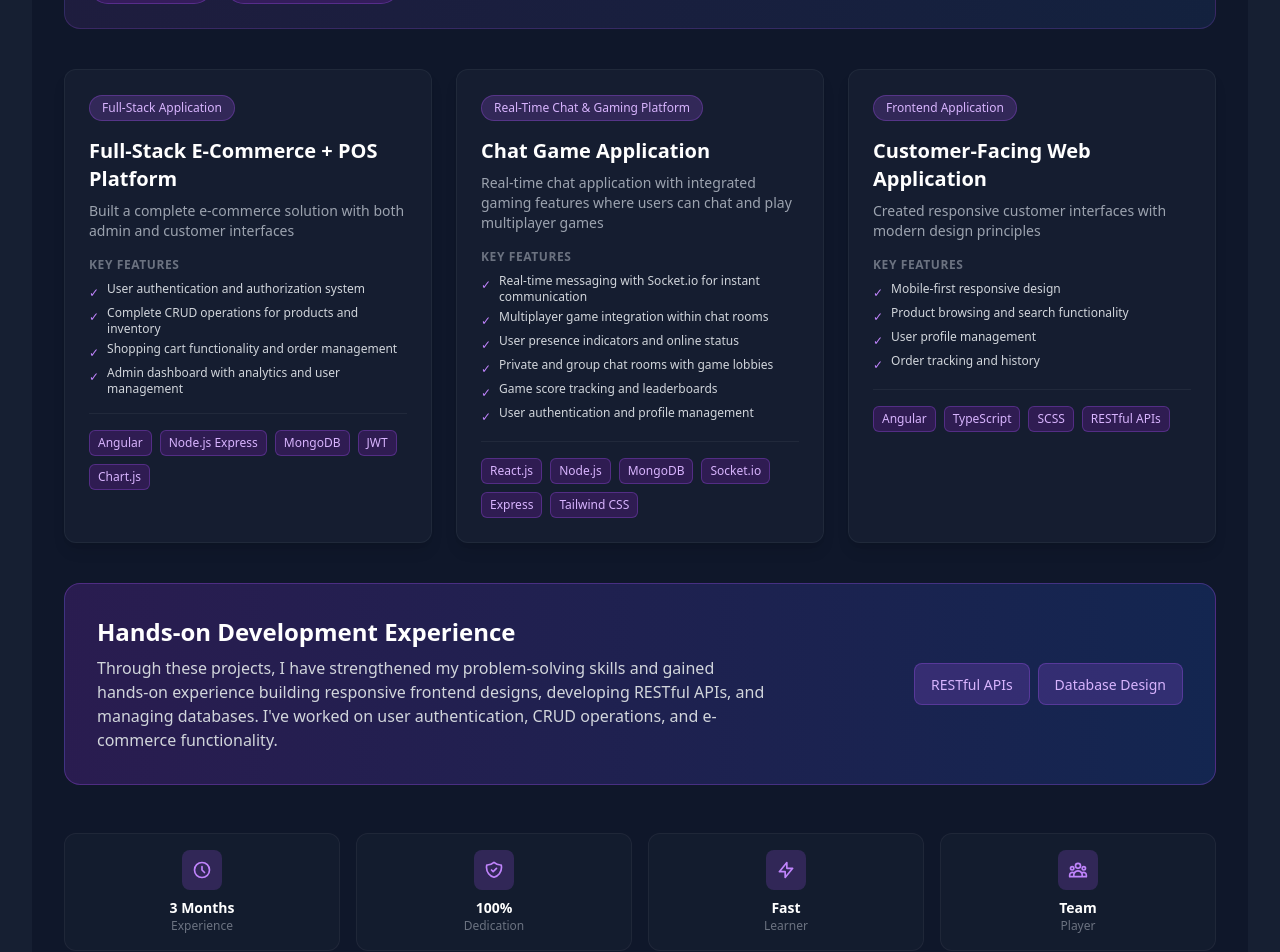
Repository: Kimrith/my-cv
Page: /
The author's editor kept a copy of each file at every save. The page is drawn from the files as they stood at one save, then again after the next save.
The browser window is 1280 px wide. The pictures show the part of the page from y = 3341 to 4293 px (the page is 4356 px tall).
Some web libraries are served in a nearby version. The project was rebuilt for these pictures with package versions that can differ from the ones it lists, and the page was loaded fresh each time. Also part of the build but not shown: vite.config.js, src/Layout/footer.jsx.

Above is the page before, as saved 2026-03-09 22:23:02.

### index.html
<!doctype html>
<html lang="en">
  <head>
    <meta charset="UTF-8" />
    <link rel="icon" type="image/svg+xml" href="/vite.svg" />
    <meta name="viewport" content="width=device-width, initial-scale=1.0" />
    <title>cv</title>
    <script src="https://cdn.tailwindcss.com"></script>
    <link rel="preconnect" href="https://fonts.googleapis.com" />
    <link rel="preconnect" href="https://fonts.gstatic.com" crossorigin />
    <link
      href="https://fonts.googleapis.com/css2?family=Poppins:wght@400;600;700&display=swap"
      rel="stylesheet"
    />
  </head>
  <body>
    <div id="root"></div>
    <script type="module" src="/src/main.jsx"></script>
  </body>
</html>

### src/main.jsx
import { StrictMode } from "react";
import { createRoot } from "react-dom/client";
import "./index.css";
import App from "./App.jsx";
import { BrowserRouter } from "react-router-dom";

createRoot(document.getElementById("root")).render(
  <StrictMode>
    <BrowserRouter>
      <App />
    </BrowserRouter>{" "}
  </StrictMode>,
);

### src/App.jsx
import React from "react";
import { Routes, Route } from "react-router-dom";
import Layout from "./Layout/layout";
import Home from "./Navigation/home";

export default function App() {
  return (
    <Routes>
      <Route path="/" element={<Layout />}></Route>
    </Routes>
  );
}

### src/Layout/layout.jsx
import React from "react";
import Home from "./home";
import Footer from "./footer";
import { Outlet } from "react-router-dom";

export default function Layout() {
  return (
    <div>
      <Home />
      <Outlet />
    </div>
  );
}

### src/Navigation/exp.jsx
import React from "react";
import {
  Briefcase,
  Calendar,
  MapPin,
  Building,
  Code2,
  Database,
  Shield,
  Award,
  ChevronRight,
  GraduationCap,
  Github,
  ExternalLink,
} from "lucide-react";

export default function Experience() {
  const experiences = [
    {
      id: 1,
      title: "Frontend Developer",
      company: "Ministry of Interior",
      period: "3 Months",
      duration: "Internship",
      description: [
        "Developed and maintained responsive frontend interfaces for internal government systems",
        "Collaborated with the development team to implement UI/UX designs",
        "Optimized application performance and ensured cross-browser compatibility",
        "Participated in code reviews and agile development processes",
      ],
      technologies: ["Angular", "TypeScript", "Tailwind CSS"],
    },
  ];

  const projects = [
    {
      id: 1,
      title: "Full-Stack E-Commerce + POS Platform",
      description:
        "Built a complete e-commerce solution with both admin and customer interfaces",
      features: [
        "User authentication and authorization system",
        "Complete CRUD operations for products and inventory",
        "Shopping cart functionality and order management",
        "Admin dashboard with analytics and user management",
      ],
      technologies: [
        "Angular",
        "Node.js Express",
        "MongoDB",
        "JWT",
        "Chart.js",
      ],
      type: "Full-Stack Application",
    },
    {
      id: 2,
      title: "Chat Game Application",
      description:
        "Real-time chat application with integrated gaming features where users can chat and play multiplayer games",
      features: [
        "Real-time messaging with Socket.io for instant communication",
        "Multiplayer game integration within chat rooms",
        "User presence indicators and online status",
        "Private and group chat rooms with game lobbies",
        "Game score tracking and leaderboards",
        "User authentication and profile management",
      ],
      technologies: [
        "React.js",
        "Node.js",
        "MongoDB",
        "Socket.io",
        "Express",
        "Tailwind CSS",
      ],
      type: "Real-Time Chat & Gaming Platform",
    },
    {
      id: 3,
      title: "Customer-Facing Web Application",
      description:
        "Created responsive customer interfaces with modern design principles",
      features: [
        "Mobile-first responsive design",
        "Product browsing and search functionality",
        "User profile management",
        "Order tracking and history",
      ],
      technologies: ["Angular", "TypeScript", "SCSS", "RESTful APIs"],
      type: "Frontend Application",
    },
  ];

  const SkillPill = ({ skill, color = "purple" }) => (
    <span
      className={`px-3 py-1.5 bg-${color}-900/40 border border-${color}-500/30 rounded-lg text-sm text-${color}-300 hover:bg-${color}-500/20 hover:border-${color}-400 transition-colors cursor-default flex items-center gap-1.5`}
    >
      <span className={`w-1.5 h-1.5 rounded-full bg-${color}-400`}></span>
      {skill}
    </span>
  );

  const StatBox = ({ icon, label, desc, color = "purple" }) => (
    <div
      className={`bg-slate-800/30 border border-white/5 rounded-xl p-4 text-center hover:border-${color}-500/30 transition-colors`}
    >
      <div
        className={`w-10 h-10 mx-auto mb-2 rounded-lg bg-${color}-500/20 flex items-center justify-center`}
      >
        <svg
          className={`w-5 h-5 text-${color}-400`}
          fill="none"
          stroke="currentColor"
          viewBox="0 0 24 24"
        >
          <path
            strokeLinecap="round"
            strokeLinejoin="round"
            strokeWidth={2}
            d={icon}
          />
        </svg>
      </div>
      <p className="text-white font-semibold text-sm">{label}</p>
      <p className="text-gray-500 text-xs">{desc}</p>
    </div>
  );

  return (
    <div className="space-y-16 bg-slate-900 py-16 px-4 md:px-8">
      {/* Professional Experience Section */}
      <section className="relative">
        {/* Background pattern */}
        <div
          className="absolute inset-0 bg-no-repeat bg-center pointer-events-none"
          style={{
            backgroundImage: "url('/path/to/your/background-pattern.svg')",
            opacity: "0.05",
          }}
        ></div>

        <div className="max-w-6xl mx-auto relative">
          {/* Header */}
          <div className="text-center mb-10">
            <div className="flex items-center justify-center gap-3 mb-3">
              <div className="w-10 h-10 rounded-xl bg-purple-500/20 flex items-center justify-center">
                <Briefcase className="w-5 h-5 text-purple-400" />
              </div>
              <h2 className="text-3xl md:text-4xl font-bold text-white">
                Professional <span className="text-purple-400">Experience</span>
              </h2>
            </div>
            <p className="text-gray-400 max-w-2xl mx-auto">
              Practical industry experience gained through internships and
              real-world projects
            </p>
            <div className="w-24 h-1 bg-purple-600 mx-auto mt-4 rounded-full"></div>
          </div>

          {/* Experience Card */}
          {experiences.map((exp) => (
            <div key={exp.id} className="max-w-4xl mx-auto">
              <div className="bg-slate-800/40 border border-white/5 rounded-2xl shadow-xl overflow-hidden hover:border-purple-500/30 transition-all duration-300 hover:shadow-2xl">
                {/* Company Header */}
                <div className="bg-gradient-to-r from-purple-600/20 to-purple-800/20 px-6 py-4 border-b border-white/5">
                  <div className="flex items-center justify-between flex-wrap gap-4">
                    <div className="flex items-center gap-3">
                      <div className="w-10 h-10 rounded-lg bg-purple-500/20 flex items-center justify-center">
                        <Building className="w-5 h-5 text-purple-400" />
                      </div>
                      <h3 className="text-xl font-bold text-white">
                        {exp.company}
                      </h3>
                    </div>
                    <div className="flex items-center gap-2 bg-purple-500/20 px-4 py-2 rounded-full border border-purple-500/30">
                      <Shield className="w-4 h-4 text-purple-400" />
                      <span className="text-purple-300 text-sm font-medium">
                        {exp.duration}
                      </span>
                    </div>
                  </div>
                </div>

                {/* Content */}
                <div className="p-6">
                  {/* Position and Duration */}
                  <div className="flex flex-wrap items-center justify-between gap-4 mb-6">
                    <div>
                      <h4 className="text-2xl font-bold text-white mb-2">
                        {exp.title}
                      </h4>
                      <div className="flex items-center gap-4 text-gray-400">
                        <div className="flex items-center gap-1">
                          <MapPin className="w-4 h-4 text-purple-400" />
                          <span>{exp.location}</span>
                        </div>
                        <div className="flex items-center gap-1">
                          <Calendar className="w-4 h-4 text-purple-400" />
                          <span>{exp.period}</span>
                        </div>
                      </div>
                    </div>
                  </div>

                  {/* Description */}
                  <div className="mb-6">
                    <h5 className="font-semibold text-white mb-3 flex items-center gap-2">
                      <ChevronRight className="w-4 h-4 text-purple-400" />
                      Key Responsibilities
                    </h5>
                    <ul className="grid md:grid-cols-2 gap-3">
                      {exp.description.map((item, i) => (
                        <li
                          key={i}
                          className="flex items-start gap-2 text-gray-300"
                        >
                          <span className="text-purple-400 font-bold text-lg leading-5">
                            •
                          </span>
                          <span className="text-sm">{item}</span>
                        </li>
                      ))}
                    </ul>
                  </div>

                  {/* Technologies */}
                  <div>
                    <h5 className="font-semibold text-white mb-3">
                      Technologies Used
                    </h5>
                    <div className="flex flex-wrap gap-2">
                      {exp.technologies.map((tech, i) => (
                        <span
                          key={i}
                          className="px-3 py-1.5 bg-purple-900/40 border border-purple-500/30 rounded-lg text-sm text-purple-300"
                        >
                          {tech}
                        </span>
                      ))}
                    </div>
                  </div>
                </div>
              </div>
            </div>
          ))}
        </div>
      </section>

      {/* Academic Projects Section */}
      <section className="max-w-6xl mx-auto relative">
        <div className="text-center mb-10">
          <div className="flex items-center justify-center gap-3 mb-3">
            <div className="w-10 h-10 rounded-xl bg-purple-500/20 flex items-center justify-center">
              <GraduationCap className="w-5 h-5 text-purple-400" />
            </div>
            <h2 className="text-3xl md:text-4xl font-bold text-white">
              Academic <span className="text-purple-400">Projects</span>
            </h2>
          </div>
          <p className="text-gray-400 max-w-2xl mx-auto">
            Full-stack applications built since my second year of study,
            demonstrating practical skills
          </p>
          <div className="w-24 h-1 bg-purple-600 mx-auto mt-4 rounded-full"></div>
        </div>

        {/* Skills Overview */}
        <div className="bg-gradient-to-r from-purple-500/10 to-blue-500/10 border border-purple-500/20 p-6 rounded-2xl mb-10">
          <div className="flex flex-wrap items-center justify-between gap-6">
            <div>
              <h3 className="text-lg font-semibold text-white mb-2">
                Technical Expertise
              </h3>
              <p className="text-gray-400 text-sm">
                Since my second year of study, I have built full-stack web
                applications using Angular, Node.js, and MongoDB. My experience
                includes both admin dashboards and customer-facing interfaces.
              </p>
            </div>
            <div className="flex gap-3">
              <div className="flex items-center gap-2 bg-purple-900/40 border border-purple-500/30 px-4 py-2 rounded-full">
                <Database className="w-4 h-4 text-purple-400" />
                <span className="text-sm font-medium text-purple-300">
                  MongoDB
                </span>
              </div>
              <div className="flex items-center gap-2 bg-purple-900/40 border border-purple-500/30 px-4 py-2 rounded-full">
                <Code2 className="w-4 h-4 text-purple-400" />
                <span className="text-sm font-medium text-purple-300">
                  Angular + Node.js
                </span>
              </div>
            </div>
          </div>
        </div>

        {/* Projects Grid */}
        <div className="grid md:grid-cols-2 lg:grid-cols-3 gap-6">
          {projects.map((project) => (
            <div
              key={project.id}
              className="bg-slate-800/40 border border-white/5 rounded-xl shadow-lg overflow-hidden hover:border-purple-500/30 transition-all duration-300 hover:-translate-y-1 hover:shadow-xl"
            >
              <div className="p-6">
                {/* Type Badge */}
                <div className="inline-block px-3 py-1 bg-purple-500/20 border border-purple-500/30 text-purple-300 text-xs font-medium rounded-full mb-4">
                  {project.type}
                </div>

                {/* Title */}
                <h3 className="text-xl font-bold text-white mb-2">
                  {project.title}
                </h3>
                <p className="text-gray-400 text-sm mb-4">
                  {project.description}
                </p>

                {/* Features */}
                <div className="mb-4">
                  <h4 className="text-xs font-semibold text-gray-500 uppercase tracking-wider mb-2">
                    Key Features
                  </h4>
                  <ul className="space-y-1">
                    {project.features.map((feature, i) => (
                      <li
                        key={i}
                        className="flex items-start gap-2 text-xs text-gray-300"
                      >
                        <span className="text-purple-400 mt-1">✓</span>
                        <span>{feature}</span>
                      </li>
                    ))}
                  </ul>
                </div>

                {/* Technologies */}
                <div className="flex flex-wrap gap-2 mt-4 pt-4 border-t border-white/5">
                  {project.technologies.map((tech, i) => (
                    <span
                      key={i}
                      className="px-2 py-1 bg-purple-900/40 border border-purple-500/30 text-purple-300 text-xs rounded-md"
                    >
                      {tech}
                    </span>
                  ))}
                </div>
              </div>
            </div>
          ))}
        </div>

        {/* Summary Section */}
        <div className="mt-10 bg-gradient-to-r from-purple-600/20 to-blue-600/20 border border-purple-500/30 rounded-2xl p-8">
          <div className="flex flex-col md:flex-row items-center justify-between gap-6">
            <div>
              <h3 className="text-2xl font-bold text-white mb-2">
                Hands-on Development Experience
              </h3>
              <p className="text-gray-300 max-w-2xl">
                Through these projects, I have strengthened my problem-solving
                skills and gained hands-on experience building responsive
                frontend designs, developing RESTful APIs, and managing
                databases. I've worked on user authentication, CRUD operations,
                and e-commerce functionality.
              </p>
            </div>
            <div className="flex gap-2">
              <div className="bg-purple-500/20 border border-purple-500/30 px-4 py-2 rounded-lg">
                <span className="text-sm font-medium text-purple-300">
                  RESTful APIs
                </span>
              </div>
              <div className="bg-purple-500/20 border border-purple-500/30 px-4 py-2 rounded-lg">
                <span className="text-sm font-medium text-purple-300">
                  Database Design
                </span>
              </div>
            </div>
          </div>
        </div>

        {/* Quick Stats */}
        <div className="mt-12 grid grid-cols-2 md:grid-cols-4 gap-4">
          <StatBox
            icon="M12 8v4l3 3m6-3a9 9 0 11-18 0 9 9 0 0118 0z"
            label="3 Months"
            desc="Experience"
            color="purple"
          />
          <StatBox
            icon="M9 12l2 2 4-4m5.618-4.016A11.955 11.955 0 0112 2.944a11.955 11.955 0 01-8.618 3.04A12.02 12.02 0 003 9c0 5.591 3.824 10.29 9 11.622 5.176-1.332 9-6.03 9-11.622 0-1.042-.133-2.052-.382-3.016z"
            label="100%"
            desc="Dedication"
            color="purple"
          />
          <StatBox
            icon="M13 10V3L4 14h7v7l9-11h-7z"
            label="Fast"
            desc="Learner"
            color="purple"
          />
          <StatBox
            icon="M17 20h5v-2a3 3 0 00-5.356-1.857M17 20H7m10 0v-2c0-.656-.126-1.283-.356-1.857M7 20H2v-2a3 3 0 015.356-1.857M7 20v-2c0-.656.126-1.283.356-1.857m0 0a5.002 5.002 0 019.288 0M15 7a3 3 0 11-6 0 3 3 0 016 0zm6 3a2 2 0 11-4 0 2 2 0 014 0zM7 10a2 2 0 11-4 0 2 2 0 014 0z"
            label="Team"
            desc="Player"
            color="purple"
          />
        </div>
      </section>
    </div>
  );
}

Loaded but not shown: src/Navigation/aboutus.jsx (302 lines, source omitted); src/Navigation/home.jsx (127 lines, source omitted); src/Layout/home.jsx (165 lines, source omitted); src/index.css (no stored copy; drawn as an empty file)

After the next save:
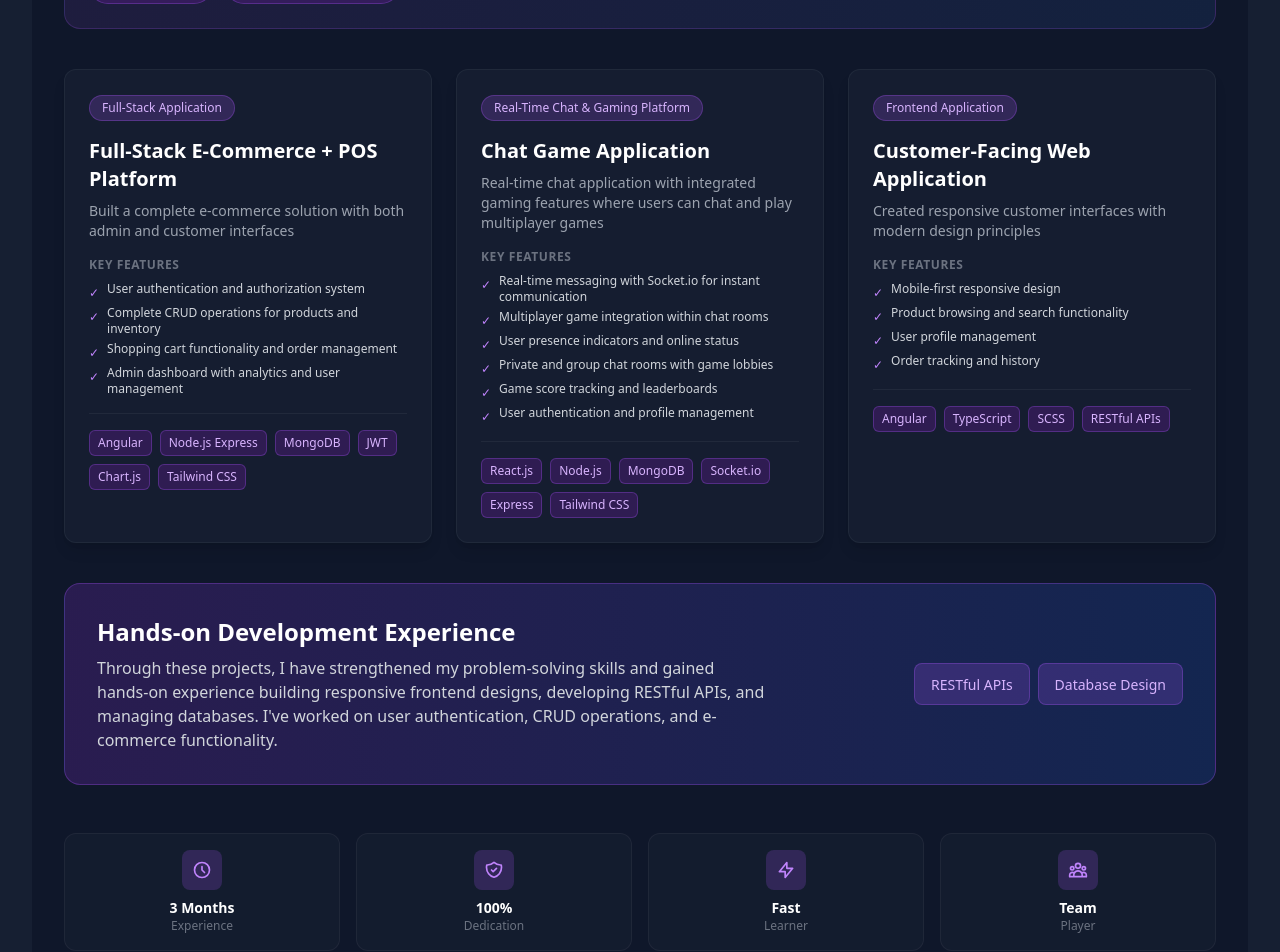
Saved 20 s later.
--- a/src/Navigation/exp.jsx
+++ b/src/Navigation/exp.jsx
@@ -50,6 +50,7 @@ export default function Experience() {
         "MongoDB",
         "JWT",
         "Chart.js",
+        "Tailwind CSS",
       ],
       type: "Full-Stack Application",
     },
